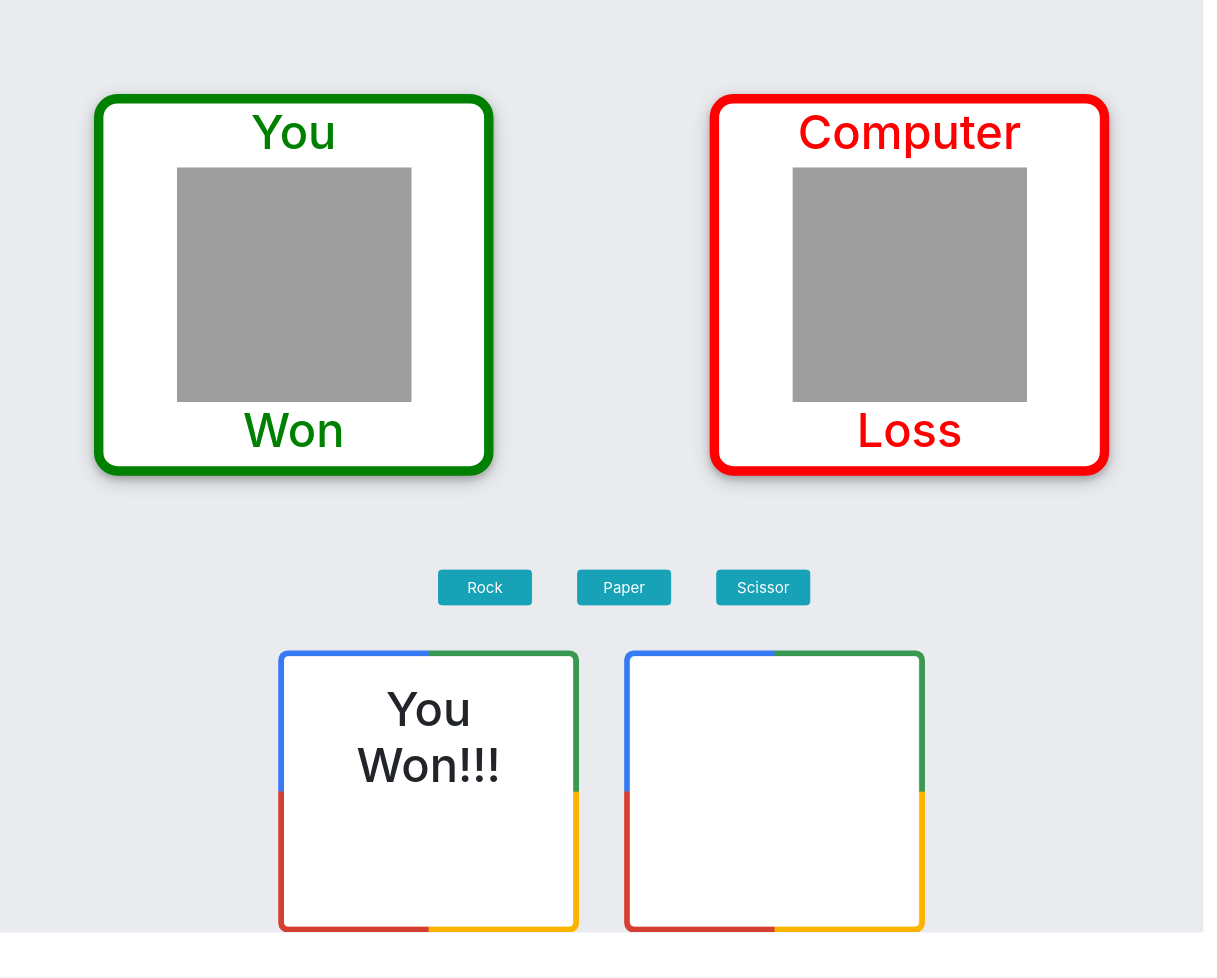
Repository: tts2610/React-Intro
Page: /
These files come from the project's save history. The page is drawn as it stood at one moment and after the next save; the edit follows.
The browser window is 1280 px wide. The page is 1295 px wide, so the pictures cover 1295 px, including what lies to the right of the window. The pictures show the whole page, at 94% of full size.
Pictures or frames that could not be fetched are drawn as grey boxes. Some web libraries are served in a nearby version. The project was rebuilt for these pictures with package versions that can differ from the ones it lists, and the page was loaded fresh each time. Also part of the build but not shown: src/components/History.js.

Above is the page before, as saved 2020-05-26 23:10:25.

### public/index.html
<!DOCTYPE html>
<html lang="en">

<head>
    <meta charset="utf-8" />
    <link rel="icon" href="%PUBLIC_URL%/favicon.ico" />
    <meta name="viewport" content="width=device-width, initial-scale=1" />
    <meta name="theme-color" content="#000000" />
    <meta name="description" content="Web site created using create-react-app" />
    <link rel="apple-touch-icon" href="%PUBLIC_URL%/logo192.png" />
    <!--
      manifest.json provides metadata used when your web app is installed on a
      user's mobile device or desktop. See https://developers.google.com/web/fundamentals/web-app-manifest/
    -->
    <link rel="manifest" href="%PUBLIC_URL%/manifest.json" />
    <!--
      Notice the use of %PUBLIC_URL% in the tags above.
      It will be replaced with the URL of the `public` folder during the build.
      Only files inside the `public` folder can be referenced from the HTML.

      Unlike "/favicon.ico" or "favicon.ico", "%PUBLIC_URL%/favicon.ico" will
      work correctly both with client-side routing and a non-root public URL.
      Learn how to configure a non-root public URL by running `npm run build`.
    -->
    <title>React App</title>
    <link rel="stylesheet" href="https://maxcdn.bootstrapcdn.com/bootstrap/4.0.0/css/bootstrap.min.css" integrity="sha384-Gn5384xqQ1aoWXA+058RXPxPg6fy4IWvTNh0E263XmFcJlSAwiGgFAW/dAiS6JXm" crossorigin="anonymous">
</head>

<body>
    <noscript>You need to enable JavaScript to run this app.</noscript>
    <div id="root"></div>
    <!--
      This HTML file is a template.
      If you open it directly in the browser, you will see an empty page.

      You can add webfonts, meta tags, or analytics to this file.
      The build step will place the bundled scripts into the <body> tag.

      To begin the development, run `npm start` or `yarn start`.
      To create a production bundle, use `npm run build` or `yarn build`.
    -->
    <script src="https://code.jquery.com/jquery-3.2.1.slim.min.js" integrity="sha384-KJ3o2DKtIkvYIK3UENzmM7KCkRr/rE9/Qpg6aAZGJwFDMVNA/GpGFF93hXpG5KkN" crossorigin="anonymous"></script>
    <script src="https://cdnjs.cloudflare.com/ajax/libs/popper.js/1.12.9/umd/popper.min.js" integrity="sha384-ApNbgh9B+Y1QKtv3Rn7W3mgPxhU9K/ScQsAP7hUibX39j7fakFPskvXusvfa0b4Q" crossorigin="anonymous"></script>
    <script src="https://maxcdn.bootstrapcdn.com/bootstrap/4.0.0/js/bootstrap.min.js" integrity="sha384-JZR6Spejh4U02d8jOt6vLEHfe/JQGiRRSQQxSfFWpi1MquVdAyjUar5+76PVCmYl" crossorigin="anonymous"></script>
</body>

</html>

### src/App.js
import React , {Component } from 'react';
import './App.css';
import ChoiceCard from './components/ChoiceCard';
import Button from './components/Button';
import Result from './components/Result';
import History from './components/History';


const choices = {
  rock:
    "https://opengameart.org/sites/default/files/forum-attachments/very%20simple%20rock_0.png",
  paper: "http://pngimagesfree.com/Paper/Thumb/blank-note-paper-free-clipa.png",
  scissor: "http://www.pngmart.com/files/1/Scissors-PNG-Pic.png"
};

export default class App extends Component{
    // const [choiceDic,setChoice] = useState({me:{winner:1,imgURL:choices.rock},computer:{winner:0,imgURL:choices.scissor}})
  constructor(props){
    super(props);
    this.state = {
      me:{winner:1,imgURL:"http://www.pngmart.com/files/1/Scissors-PNG-Pic.png"},
      computer:{winner:0,imgURL:"http://pngimagesfree.com/Paper/Thumb/blank-note-paper-free-clipa.png"},
    }
  }

  randomProperty = function (obj) {
    let keys = Object.keys(obj);
    let randomNum = keys.length * Math.random() << 0;
    return [obj[keys[randomNum]],keys[randomNum]];
  };

  handleClick = (myChoice)=>{
    let random = this.randomProperty(choices)
    let computerChoice = random[1];
    let myWinnerState;
    let computerWinnerState;
    if ((myChoice==='rock' && computerChoice==='scissor')||(myChoice==='paper' && computerChoice==='rock')|| (myChoice==='scissor' && computerChoice==='paper')) {
        myWinnerState = 1;
        computerWinnerState = 0;
    }else if((computerChoice==='rock' && myChoice==='scissor')||(computerChoice==='paper' && myChoice==='rock')|| (computerChoice==='scissor' && myChoice==='paper')){
        computerWinnerState = 1;
        myWinnerState = 0;
    }
    else{
        computerWinnerState = 2;
        myWinnerState = 2;
    }
    this.setState({
      me: {winner:myWinnerState,imgURL:choices[myChoice]},
      computer:{winner:computerWinnerState,imgURL:random[0]}
    },()=>{
      // if(this.state.me.winner===1&&this.state.computer.winner===0) alert("you win!!!");
      // else alert("you loose!");
    });

  }

  render(){
    return (
      <div className="App">
        <div className="row">
          <div className="col-6">
              <ChoiceCard title="You" winner={this.state.me.winner} imgURL={this.state.me.imgURL} />
          </div>
          <div className="col-6">
              <ChoiceCard title="Computer" winner={this.state.computer.winner} imgURL={this.state.computer.imgURL}/>
          </div>
        </div>

        <div className="row rowOfButtons">
        <Button type="rock" handleClick={this.handleClick}/>
        <Button type="paper" handleClick={this.handleClick}/>
        <Button type="scissor" handleClick={this.handleClick}/>
        </div>
        <div className="row mx-auto resultContainer my-5">
          <div className="col-md-3 rainbow mr-5">
          <Result result={[this.state.me.winner,this.state.computer.winner]}/>
          </div>
          <div className="col-md-3 rainbow">

          </div>

        </div>
      </div>
    );
  }

}

### src/App.css
.App {
    min-height: 100vh;
    text-align: center;
    background-color: #e9ebee;
}

.rowOfButtons {
    display: flex;
    justify-content: center;
}

.rowOfButtons button {
    width: 100px;
}

.choice-card {
    flex: 1;
    display: flex;
    margin: 100px;
    font-size: 3em;
    padding: 0 40px;
    font-weight: 300;
    text-align: center;
    border-radius: 25px;
    flex-direction: column;
    align-items: center;
    border: 1px solid black;
    background-color: white;
    justify-content: space-around;
    box-shadow: 0 4px 8px 0 rgba(0, 0, 0, 0.2), 0 6px 20px 0 rgba(0, 0, 0, 0.19);
}

img {
    width: 250px;
    height: 250px;
}

h1 {
    font-size: 50px;
}

.winner {
    color: green;
    border: 10px solid green;
}

.loser {
    color: red;
    border: 10px solid red;
}

.tie {
    border: 10px solid black;
}

.result {
    width: max-content;
    display: flex;
    justify-content: center;
}

@-webkit-keyframes rotate {
    100% {
        -webkit-transform: rotate(1turn);
        transform: rotate(1turn);
    }
}

@keyframes rotate {
    100% {
        -webkit-transform: rotate(1turn);
        transform: rotate(1turn);
    }
}

.rainbow {
    position: relative;
    z-index: 0;
    width: 400px;
    height: 300px;
    border-radius: 10px;
    overflow: hidden;
    padding: 2rem;
    padding-bottom: 50px;
}

.rainbow::before {
    content: '';
    position: absolute;
    z-index: -2;
    left: -50%;
    top: -50%;
    width: 200%;
    height: 200%;
    background-color: #399953;
    background-repeat: no-repeat;
    background-size: 50% 50%, 50% 50%;
    background-position: 0 0, 100% 0, 100% 100%, 0 100%;
    background-image: -webkit-gradient(linear, left top, left bottom, from(#399953), to(#399953)), -webkit-gradient(linear, left top, left bottom, from(#fbb300), to(#fbb300)), -webkit-gradient(linear, left top, left bottom, from(#d53e33), to(#d53e33)), -webkit-gradient(linear, left top, left bottom, from(#377af5), to(#377af5));
    background-image: linear-gradient(#399953, #399953), linear-gradient(#fbb300, #fbb300), linear-gradient(#d53e33, #d53e33), linear-gradient(#377af5, #377af5);
    -webkit-animation: rotate 4s linear infinite;
    animation: rotate 4s linear infinite;
}

.rainbow::after {
    content: '';
    position: absolute;
    z-index: -1;
    left: 6px;
    top: 6px;
    width: calc(100% - 12px);
    height: calc(100% - 12px);
    background: white;
    border-radius: 5px;
}

.resultInner {
    display: flex;
    align-items: center;
}

.resultContainer {
    justify-content: center;
}

### src/components/ChoiceCard.js
import React from 'react'

export default function ChoiceCard({title,winner,imgURL}) {

        if(winner===2){
            return (
                <div className={`choice-card tie`}>
                    <h1>{title}</h1>
                    <img src={imgURL} alt={imgURL}/>
                    <h1>Tie</h1>
                </div>
                );
        }
        return (
        <div className={`choice-card ${winner ? 'winner' : 'loser'}`}>
            <h1>{title}</h1>
            <img src={imgURL} alt={imgURL}/>
            <h1>{winner ? 'Won' : 'Loss'}</h1>
        </div>
        );
}

### src/components/Button.js
import React from 'react'

export default function Button({handleClick,type}){
    return (
        <div>
            <button type="button" className="btn btn-info ml-5 text-capitalize" onClick={()=>handleClick(type)} >{type}</button>
        </div>
    );
}

### src/components/Result.js
import React from 'react'

export default function Result({result}){
    if(result[0]>result[1])
        return (<div className="resultInner">
                    <h1>You Won!!!</h1>
                </div>);
    else if(result[0]<result[1]){
        return (<div className="resultInner">
            <h1>You Lost!!!</h1>
        </div>);
    }else{
        return (<div className="resultInner">
            <h1>Tie Game!!!</h1>
        </div>);
    }
}

Loaded but not shown: src/index.js (common file); src/index.css (common file); src/serviceWorker.js (common file)

After the next save:
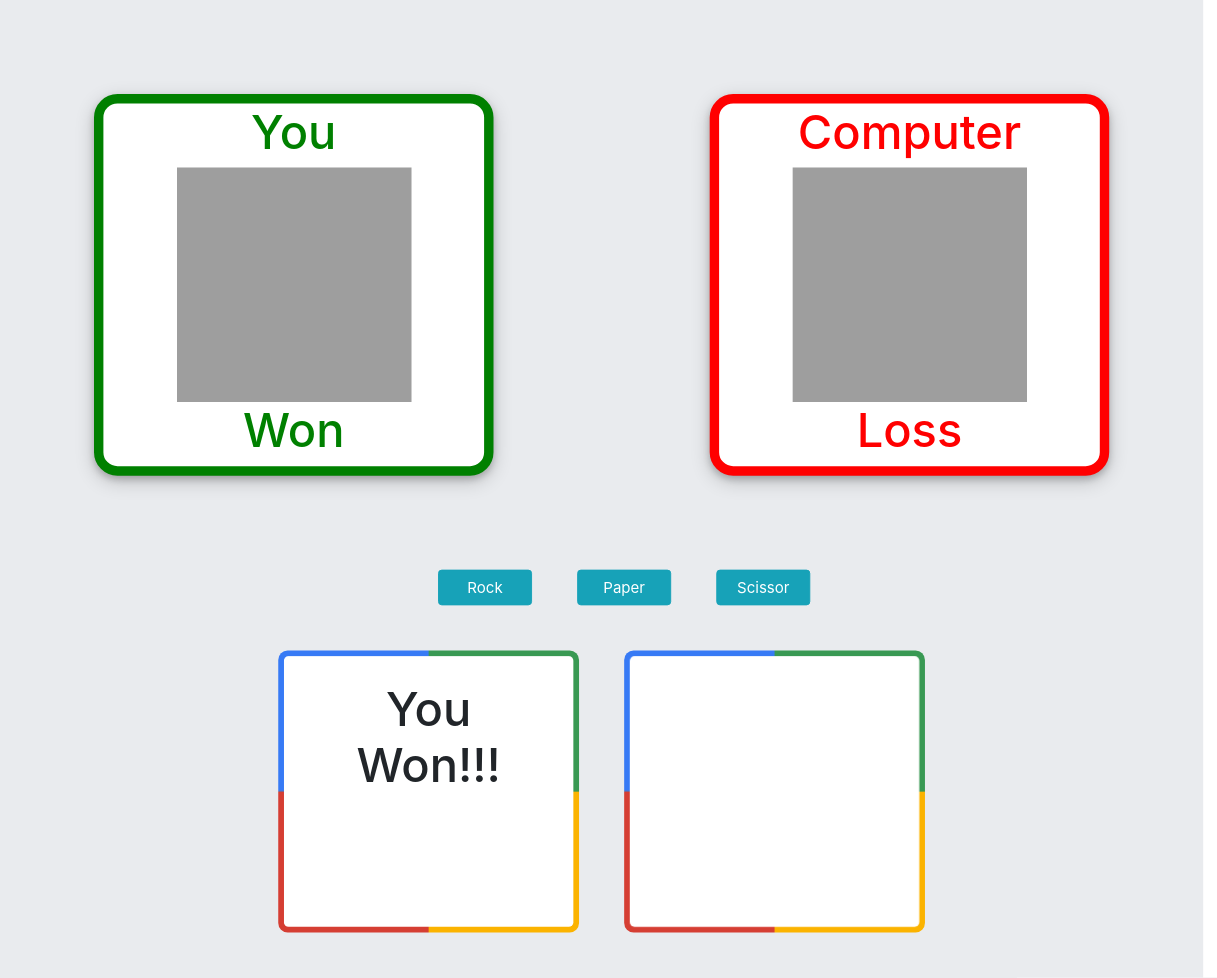
Saved 7 s later.
--- a/src/App.js
+++ b/src/App.js
@@ -72,7 +72,7 @@ export default class App extends Component{
         <Button type="paper" handleClick={this.handleClick}/>
         <Button type="scissor" handleClick={this.handleClick}/>
         </div>
-        <div className="row mx-auto resultContainer my-5">
+        <div className="row mx-auto resultContainer py-5">
           <div className="col-md-3 rainbow mr-5">
           <Result result={[this.state.me.winner,this.state.computer.winner]}/>
           </div>
